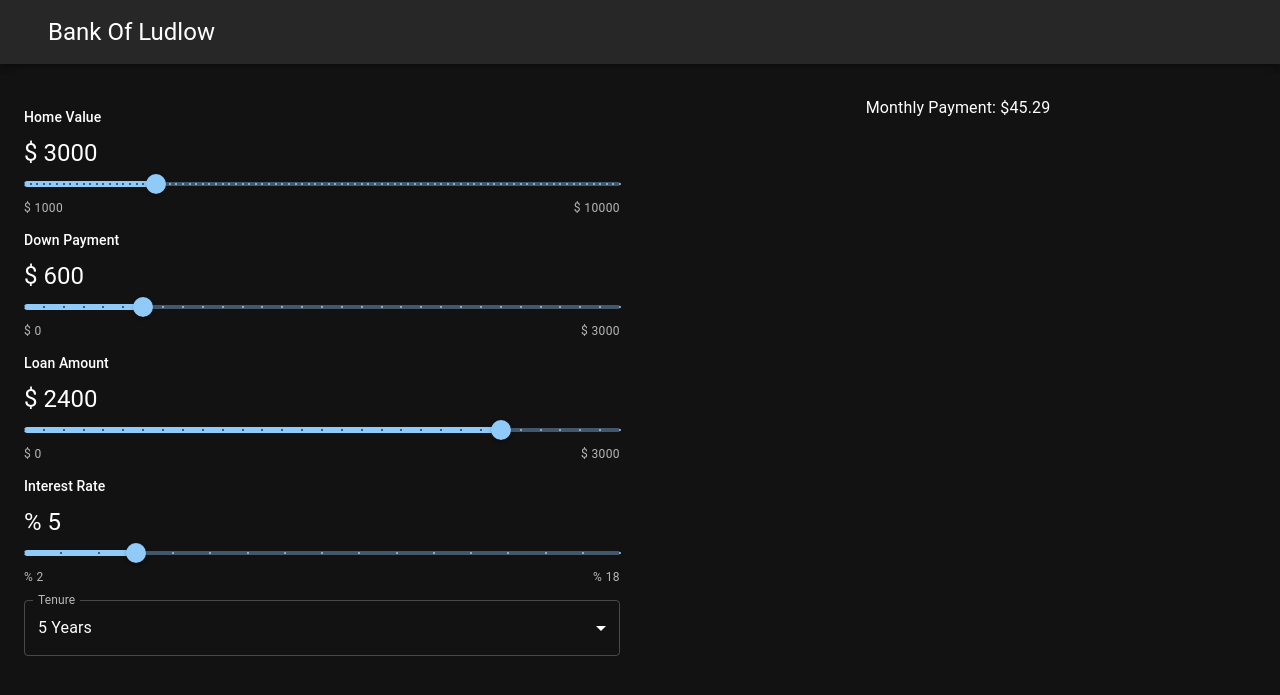
Repository: MikeeBuilds/mortgage-calculator
Page: /
The author's editor kept a copy of each file at every save. The page is drawn from the files as they stood at one save, then again after a run of saves.
The browser window is 1280 px wide. The pictures show the whole page.
The project was rebuilt for these pictures with package versions that can differ from the ones it lists, and the page was loaded fresh each time.

Above is the page before, as saved 2023-04-04 18:36:29.

### src/index.js
import React from 'react';
import ReactDOM from 'react-dom/client';
import  CssBaseline  from '@mui/material/CssBaseline';
import { ThemeProvider, createTheme } from '@mui/material/styles';
import App from './App';
import reportWebVitals from './reportWebVitals';
import { theme } from './theme';

const root = ReactDOM.createRoot(document.getElementById('root'));
root.render(
  <React.StrictMode>
    <ThemeProvider theme={theme}>
      <CssBaseline />
    <App />
    </ThemeProvider>
  </React.StrictMode>
);

// If you want to start measuring performance in your app, pass a function
// to log results (for example: reportWebVitals(console.log))
// or send to an analytics endpoint. Learn more: https://bit.ly/CRA-vitals
reportWebVitals();

### src/App.js
import { useState } from "react";
import { Container, Grid } from "@mui/material";
import Navbar from "./components/Navbar";
import Result from "./components/Result";
import SliderSelect from "./components/SliderSelect";
import TenureSelect from "./components/TenureSelect";


function App() {


  const [data, setData] = useState(
    {
      homeValue: 3000,
      downPayment: 3000 * 0.2,
      loanAmount: 3000 * 0.8,
      loanTerm: 5,
      interestRate: 5,
    });

  return (
    <div className="App">
      <Navbar />
      <Container maxWidth="xl" sx={{ marginTop: 4 }}>
        <Grid container spacing={5}>

          <Grid item xs={12} md={6}>
            <SliderSelect data={data} setData={setData} />
            <TenureSelect data={data} setData={setData} />
          </Grid>
          <Grid item xs={12} md={6}>
            <Result data={data} />

          </Grid>

        </Grid>
      </Container>
    </div>
  );
}

export default App;

### src/theme.js
import {  createTheme } from "@mui/material/styles";

export const theme = createTheme({
    palette: {
        mode: "dark",
    },
    typography: {
        h1: {

        },
    },
});

### src/components/Navbar.js
import React from 'react'
import AppBar from '@mui/material/AppBar'
import ToolBar from '@mui/material/Toolbar'
import Typography from '@mui/material/Typography'
import Container from '@mui/material/Container'

const Navbar = () => {
  return (
    <AppBar position="static">
      <Container maxWidth='xl'>
        <ToolBar>
            <Typography variant="h5" component="div" sx={{ flexGrow: 1 }}>
                Bank Of Ludlow
            </Typography>
        </ToolBar>
      </Container>
    </AppBar>
  )
}

export default Navbar

### src/components/Result.js
import { Stack, Typography } from '@mui/material';
import React from 'react'

const Result = ({data}) => {

  const {homeValue, downPayment, loanAmount, loanTerm, interestRate} = data;

  const totalLoanMonths = loanTerm * 12; // 60 months = 5 years
  const interestPerMonth = interestRate / 100 / 12; // 100 @ 12% for 1 year

  const monthlyPayment =
    (loanAmount *
      interestPerMonth *
      (1 + interestPerMonth) ** totalLoanMonths) /
    ((1 + interestPerMonth) ** totalLoanMonths - 1);

  const totalInterestGenerated = monthlyPayment * totalLoanMonths - loanAmount;


  return (
    <Stack>
      <Typography textAlign='center'  >
        Monthly Payment: ${monthlyPayment.toFixed(2)}
      </Typography>
    </Stack>
  )
}

export default Result

### src/components/SliderSelect.js
import React, { Fragment } from "react";
import SliderComponent from "./common/SliderComponent";

const SliderSelect = ({ data, setData }) => {
  const bank_limit = 10000;
  return (
    <>
      <SliderComponent
        label="Home Value"
        min={1000}
        max={bank_limit}
        defaultValue={data.homeValue}
        value={data.homeValue}
        step={100}
        onChange={(e, value) =>
          setData({
            ...data,
            downPayment: value * 0.2,
            loanAmount: value * 0.8,
            homeValue: value,
          })
        }
        unit="$"
        amount={data.homeValue}
      />
      <SliderComponent
        label="Down Payment"
        min={0}
        max={data.homeValue}
        defaultValue={data.downPayment}
        value={data.downPayment}
        step={100}
        onChange={(e, value) => setData({
            ...data,
            loanAmount: (data.homeValue - value),
            downPayment: value
          })
        }
        unit={"$"}
        amount={data.downPayment}
      />
      <SliderComponent
        label="Loan Amount"
        min={0}
        max={data.homeValue}
        defaultValue={data.loanAmount}
        value={data.loanAmount}
        step={100}
        onChange={(e, value) => setData({
            ...data,
            downPayment: (data.homeValue - value),
            loanAmount: value
        })}
        unit={"$"}
        amount={data.loanAmount}
      />
      <SliderComponent
        label="Interest Rate"
        min={2}
        max={18}
        defaultValue={data.interestRate}
        value={data.interestRate}
        step={1}
        onChange={(e, value) => setData({
            ...data,
            interestRate: value
        })}
        unit="%"
        amount={data.interestRate}
      />
    </>
  );
};

export default SliderSelect;

### src/components/TenureSelect.js
import * as React from 'react'
import Box from '@mui/material/Box'
import FormControl from '@mui/material/FormControl'
import InputLabel from '@mui/material/InputLabel'
import MenuItem from '@mui/material/MenuItem'
import Select from '@mui/material/Select'



const TenureSelect = ({ data, setData }) => {

  const handleChange = (event) => {
    setData({
      ...data,
      loanTerm: event.target.value,
    });
  };

  return (
    <FormControl fullWidth>
      <InputLabel id='demo-simple-select-label'>Tenure</InputLabel>
      <Select
        labelId='demo-simple-select-label'
        id='demo-simple-select'
        value={data.loanTerm}
        label='Tenure'
        onChange={handleChange}
      >
        <MenuItem value={5}>5 Years</MenuItem>
        <MenuItem value={10}>10 Years</MenuItem>
        <MenuItem value={15}>15 Years</MenuItem>
        <MenuItem value={20}>20 Years</MenuItem>
        <MenuItem value={25}>25 Years</MenuItem>
      </Select>
    </FormControl>
  )
}

export default TenureSelect

### src/components/common/SliderComponent.js
import React from 'react'
import Slider from '@mui/material/Slider'
import { Stack, Typography } from '@mui/material'

const SliderComponent = ({ defaultValue, min, max, step, onChange, value, label, unit, amount }) => {
  return (
  <Stack my={1.4}>
    <Stack gap={1}>
      <Typography variant='subtitle2'>{label}</Typography>
      <Typography variant='h5'>{unit} {amount}</Typography>
    </Stack>

    <Slider
      defaultValue={defaultValue}
      min={min} max={max}
      aria-label='Default'
      valueLabelDisplay='auto'
      marks
      step={step}
      onChange={onChange}
      value={value}
      />
      <Stack direction='row' justifyContent='space-between'>
    <Typography variant='caption' color='text.secondary'>{unit} {min}</Typography>
    <Typography variant='caption' color='text.secondary'>{unit} {max}</Typography>
      </Stack>

  </Stack>
  )
}

export default SliderComponent

Loaded but not shown: public/index.html (common file); src/reportWebVitals.js (common file)

After the next 3 saves:
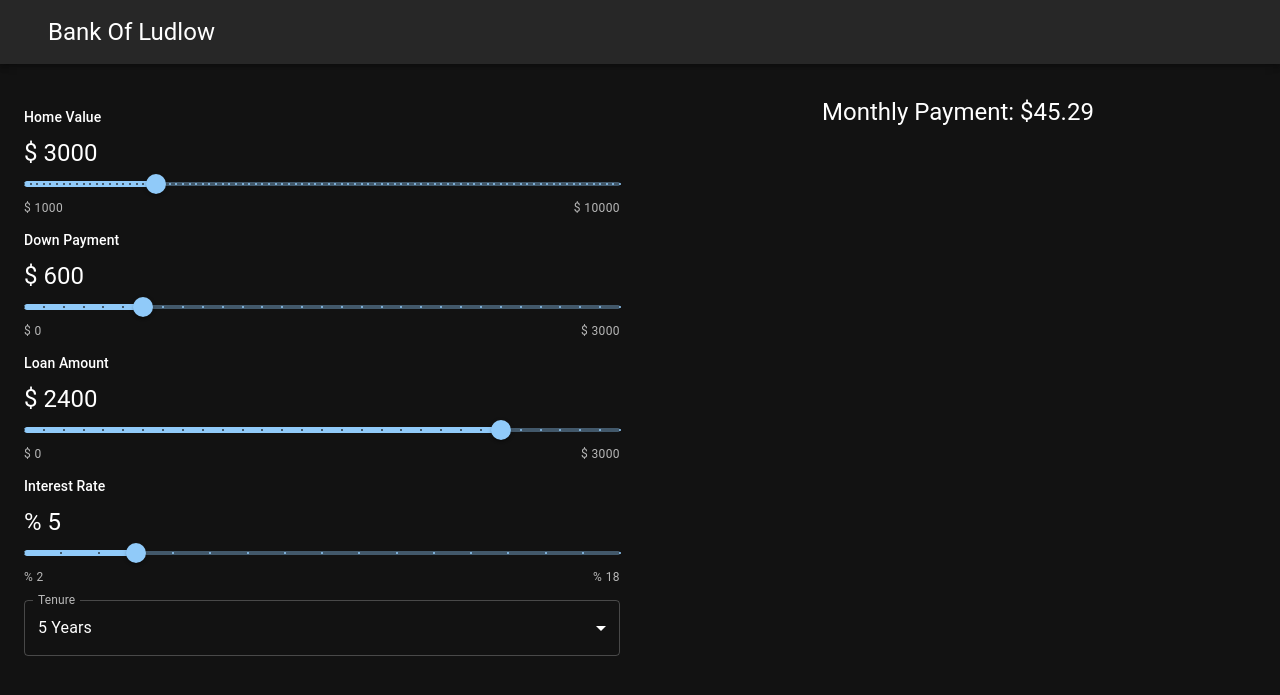
The 3 saves are shown as one change because they came seconds apart.
The last was saved 15 s later.
--- a/src/components/Result.js
+++ b/src/components/Result.js
@@ -19,7 +19,7 @@ const Result = ({data}) => {
 
   return (
     <Stack>
-      <Typography textAlign='center'  >
+      <Typography textAlign='center' variant='h5' >
         Monthly Payment: ${monthlyPayment.toFixed(2)}
       </Typography>
     </Stack>
